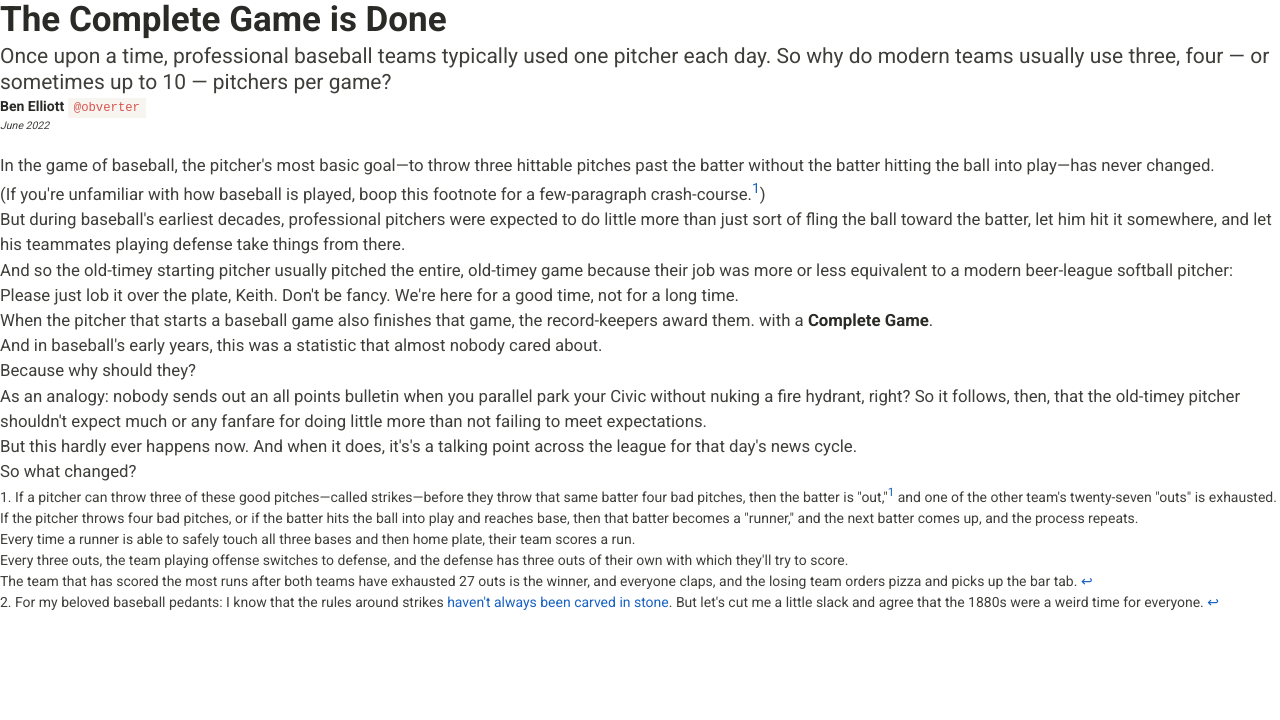
Repository: obverter/complete-games-are-done
Page: index.html
An editor plug-in stored every save of this project. The page is shown before and after the next save, followed by the edit.
The browser window is 1280 px wide. The pictures show the whole page.

Above is the page before, as saved 2022-06-24 22:49:02.

### index.html
<!DOCTYPE html>
<html>

<head>
    <meta charset="utf-8" />
    <meta name="viewport" content="width=device-width, initial-scale=1" />
    <title>Complete Games Are Done</title>
    <!-- todo: Title above is the text in the browser tab. -->
    <link rel="stylesheet" href="docs/bulmaswap.min.css" />
</head>

<body>
    <h1 class="title is-2">The Complete Game is Done</h1>
    <!-- todo: Title above is the Content title. -->
    <p class="subtitle is-4">
        Once upon a time, professional baseball teams
        typically used one pitcher each day. So why do
        modern teams usually use three, four — or sometimes
        up to 10 — pitchers per game?
        <!-- todo: Subtitle above is the Content subtitle. -->
    </p>

    <h6 class="title is-6">
        Ben Elliott <code>@obverter</code>
    </h6>
    <h6 class="subtitle is-7"><em>June 2022</em></h6>

    <p>
        In the game of baseball, the pitcher's most basic
        goal—to throw three hittable pitches past the batter
        without the batter hitting the ball into play—has
        never changed.
    </p>
    <p>
        (If you're unfamiliar with how baseball is played,
        boop this footnote for a few-paragraph
        crash-course.<sup><a href="#fn1" id="ref1">1</a></sup>)
    </p>

    <p>
        But during baseball's earliest decades, professional
        pitchers were expected to do little more than just
        sort of fling the ball toward the batter, let him
        hit it somewhere, and let his teammates playing
        defense take things from there.
    </p>
    <p>
        And so the old-timey starting pitcher usually
        pitched the entire, old-timey game because their job
        was more or less equivalent to a modern beer-league
        softball pitcher:
    </p>
    <blockquote>
        Please just lob it over the plate, Keith. Don't be
        fancy. We're here for a good time, not for a long
        time.
    </blockquote>
    <p>
        When the pitcher that starts a baseball game also
        finishes that game, the record-keepers award them.
        with a <strong>Complete Game</strong>.
    </p>
    <p>
        And in baseball's early years, this was a statistic
        that almost nobody cared about.
    </p>
    <p>Because why should they?</p>
    <p>
        As an analogy: nobody sends out an all points
        bulletin when you parallel park your Civic without
        nuking a fire hydrant, right? So it follows, then,
        that the old-timey pitcher shouldn't expect much or
        any fanfare for doing little more than not failing
        to meet expectations.
    </p>
    <p>
        But this hardly ever happens now. And when it does,
        it's's a talking point across the league for that
        day's news cycle.
    </p>
    <p>So what changed?</p>

    <sup id="fn1">
        <p>
            1. If a pitcher can throw three of these good
            pitches—called strikes—before they throw that same
            batter four bad pitches, then the batter is
            "out,"<sup><a href="#fn2" id="ref1">1</a></sup>
            and one of the other team's twenty-seven "outs" is
            exhausted.
        </p>
        <p>
            If the pitcher throws four bad pitches,
            or if the batter hits the ball into play and reaches base,
            then that batter becomes a "runner," and the next
            batter comes up, and the process repeats.
        </p>
        <p>
            Every time a runner is able to safely touch all
            three bases and then home plate, their team scores a
            run.
        </p>
        <p>
            Every three outs, the team playing offense switches
            to defense, and the defense has three outs of their
            own with which they'll try to score.
        </p>
        <p>
            The team that has scored the most runs after both
            teams have exhausted 27 outs is the winner, and
            everyone claps, and the losing team orders pizza and
            picks up the bar tab.
            <a href="#ref1" title="Jump back to footnote 1 in the text.">↩</a>
            <br>
            <sup id="fn2">
                <p>
                    2. For my beloved baseball pedants: I know that the
                    rules around strikes
                    <a strong href="https://www.baseball-almanac.com/articles/strike_zone_rules_history.shtml">haven't
                        always been carved in stone</a>. But let's cut me a little slack and agree that
                    the 1880s were a weird time for everyone.
                    <a href="#ref2" title="Jump back to footnote 2 in the text.">↩</a>
            </sup>
</body>

</html>

Loaded but not shown: docs/bulmaswap.min.css (library)

After the next save:
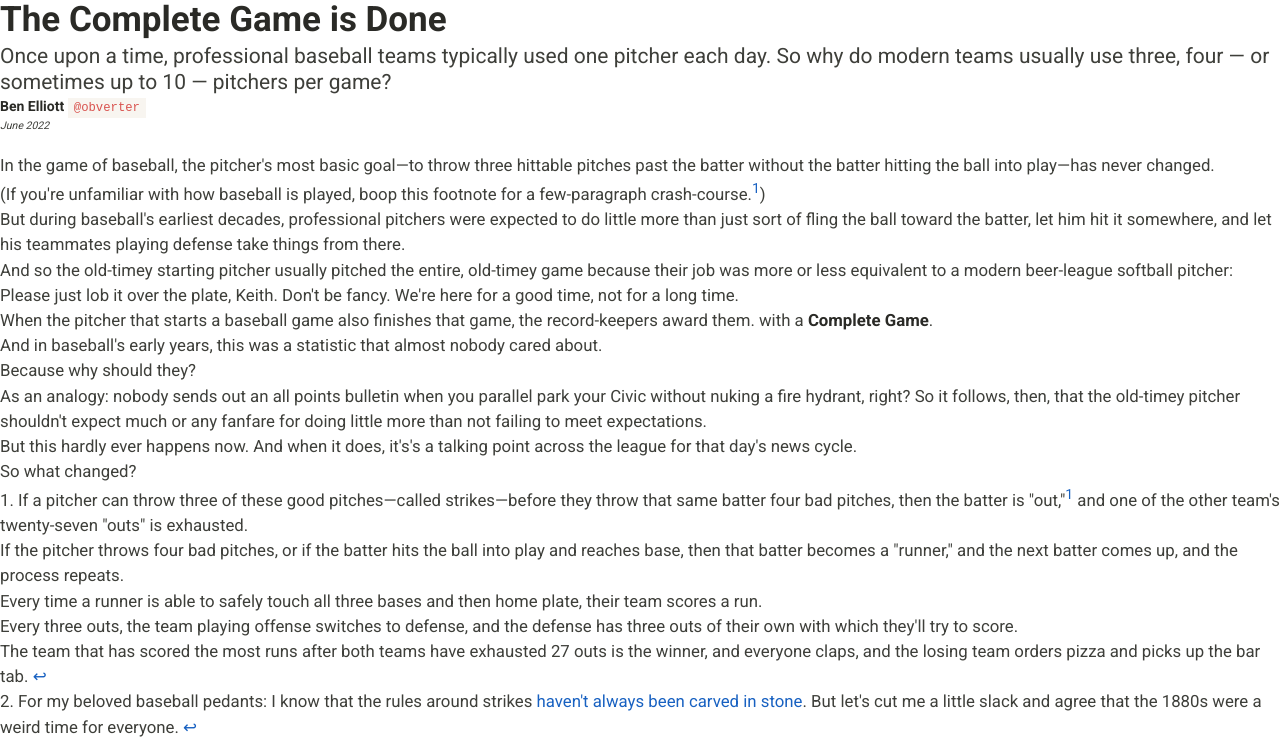
Saved 8 h 53 min later.
--- a/index.html
+++ b/index.html
@@ -24,7 +24,6 @@
         Ben Elliott <code>@obverter</code>
     </h6>
     <h6 class="subtitle is-7"><em>June 2022</em></h6>
-
     <p>
         In the game of baseball, the pitcher's most basic
         goal—to throw three hittable pitches past the batter
@@ -36,7 +35,6 @@
         boop this footnote for a few-paragraph
         crash-course.<sup><a href="#fn1" id="ref1">1</a></sup>)
     </p>
-
     <p>
         But during baseball's earliest decades, professional
         pitchers were expected to do little more than just
@@ -80,7 +78,7 @@
     </p>
     <p>So what changed?</p>
 
-    <sup id="fn1">
+    <sup id="fn1"></sup>
         <p>
             1. If a pitcher can throw three of these good
             pitches—called strikes—before they throw that same
